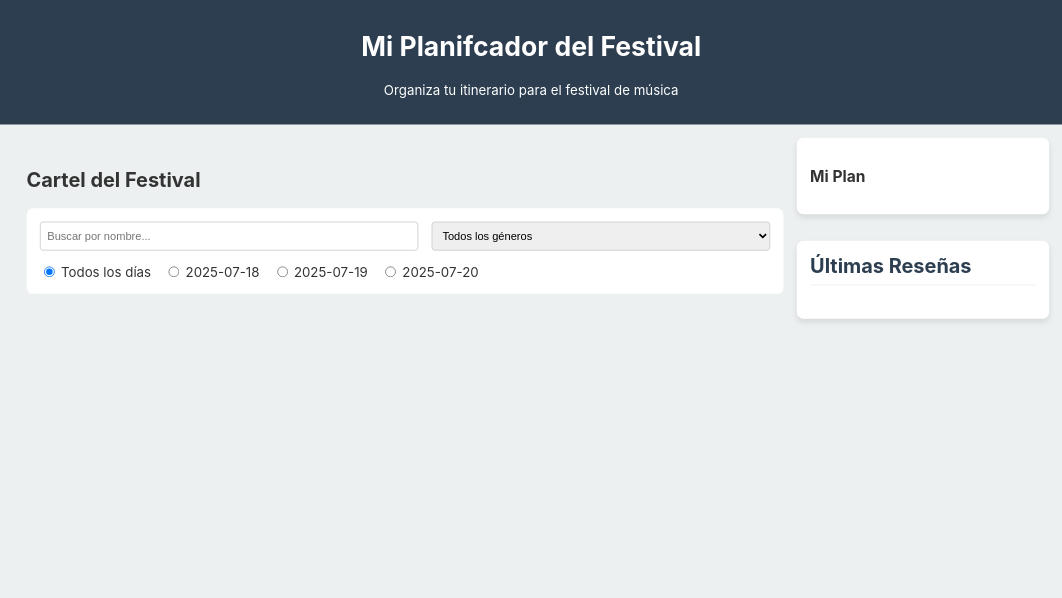
Repository: rotoforze/DWEC
Page: 2_examen_alexBernardos/index.html
These files come from the project's save history. The page is drawn as it stood at one moment and after the next save; the edit follows.
The browser window is 1280 px wide. The pictures show the whole page, at 83% of full size.

Above is the page before, as saved 2025-12-12 11:58:06.
Console error: ReferenceError: genero is not defined

After the next save:
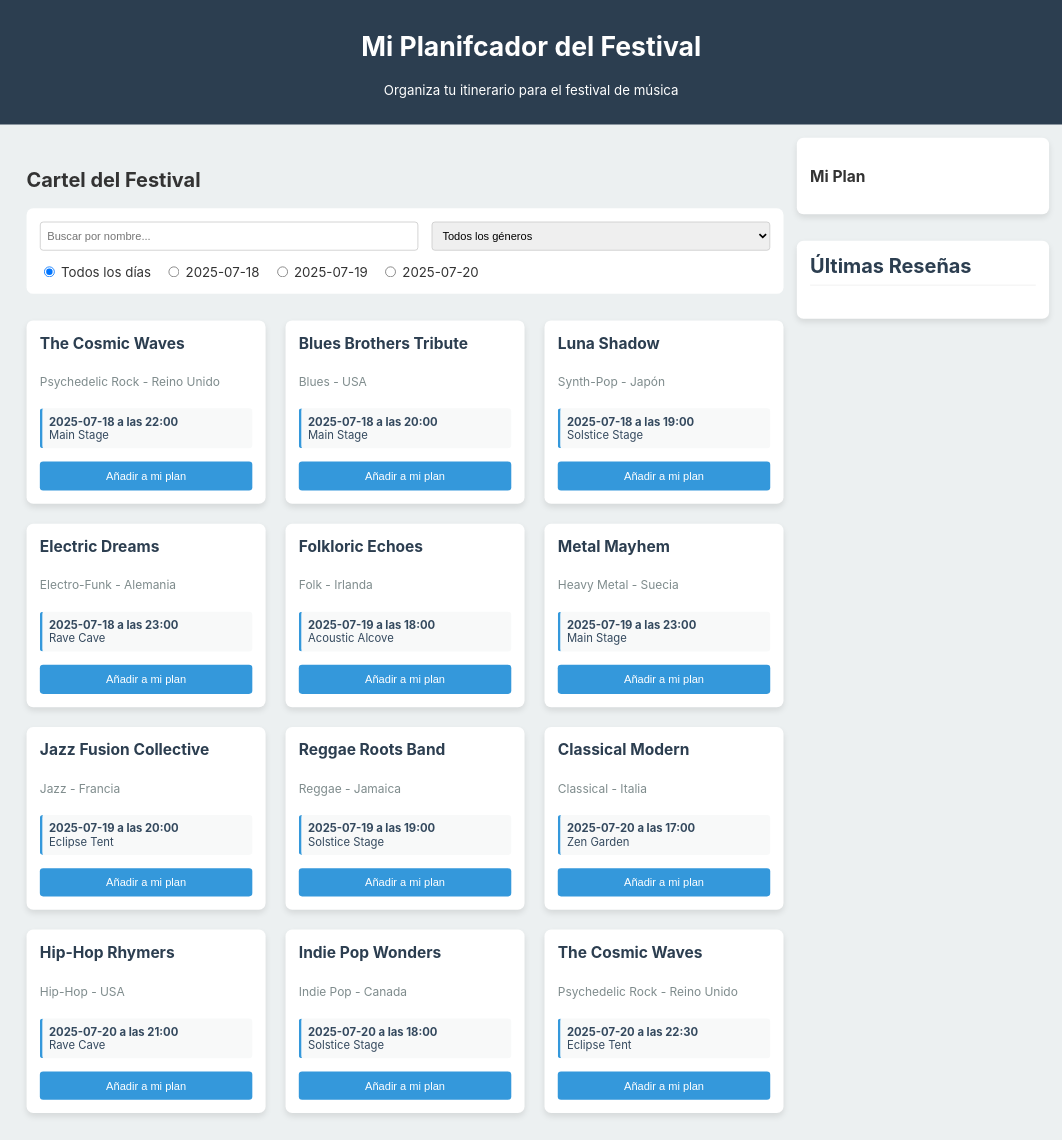
The error is gone.
Saved 7 s later.
--- a/2_examen_alexBernardos/js/dataManager.js
+++ b/2_examen_alexBernardos/js/dataManager.js
@@ -113,7 +113,7 @@ function filtrar() {
     }
     // filtro por genero
     const generoActual = generos[document.querySelector('#filter-genre').value];
-    if (genero) {
+    if (generoActual) {
         horariosFiltrados = horariosFiltrados.filter((horario) => {
             if (getArtista(horario.artistaId).genero == generoActual) {
                 return horario;
